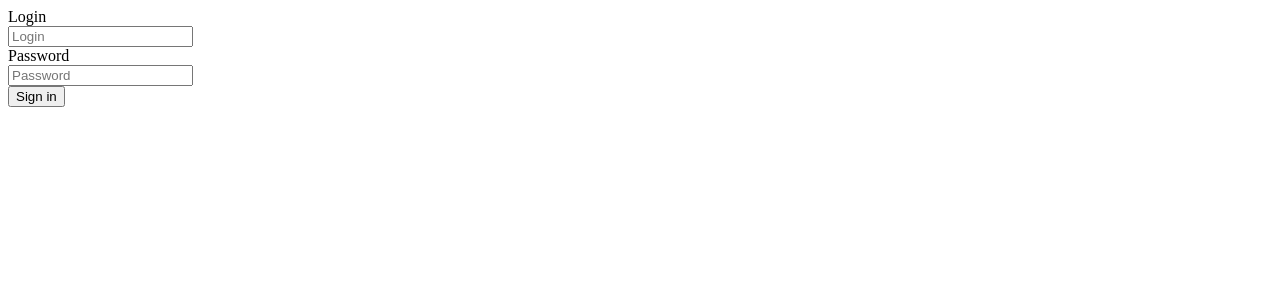
Repository: aziza-kamet/cms
Page: http://localhost/modules/login.php
The author's editor kept a record of every edit. The page is drawn from the files as they stood at one moment, then again after the next edit.
The browser window is 1280 px wide. The pictures show the whole page.
The page is run by PHP 8.4 with error messages shown; the project is at /var/www/html/.

Above is the page before.

After the next edit:
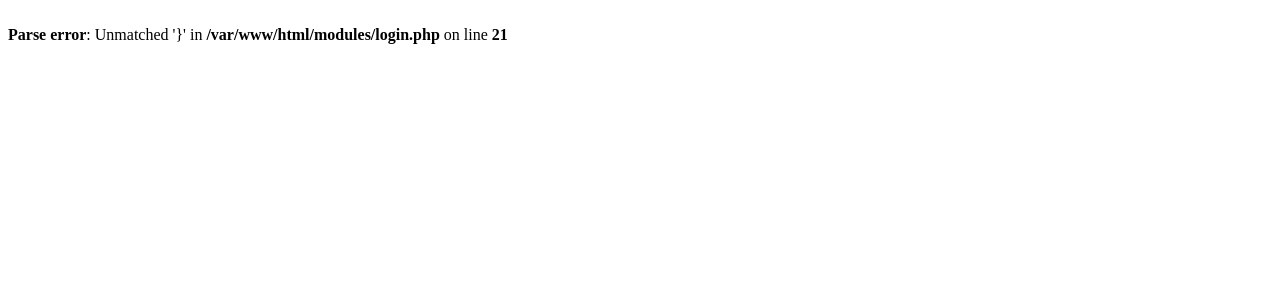
The edit:
--- a/modules/login.php
+++ b/modules/login.php
@@ -6,7 +6,7 @@
         if($_GET['err'] == "blocked"){
           $errorMsg = "This account has been blocked";
         }
-        if(isset($_GET['err'])){
+
           if($_GET['err']=="incorrect_login_pwd"){
             $errorMsg = "Incorrect login or password";
           }

After the edit that followed:
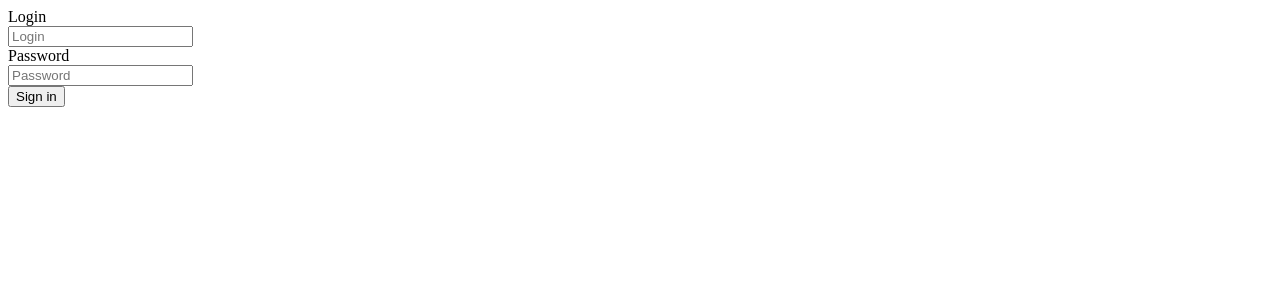
The edit:
--- a/modules/login.php
+++ b/modules/login.php
@@ -10,7 +10,6 @@
           if($_GET['err']=="incorrect_login_pwd"){
             $errorMsg = "Incorrect login or password";
           }
-        }
     ?>
     <div class="alert alert-danger">
       <?php
